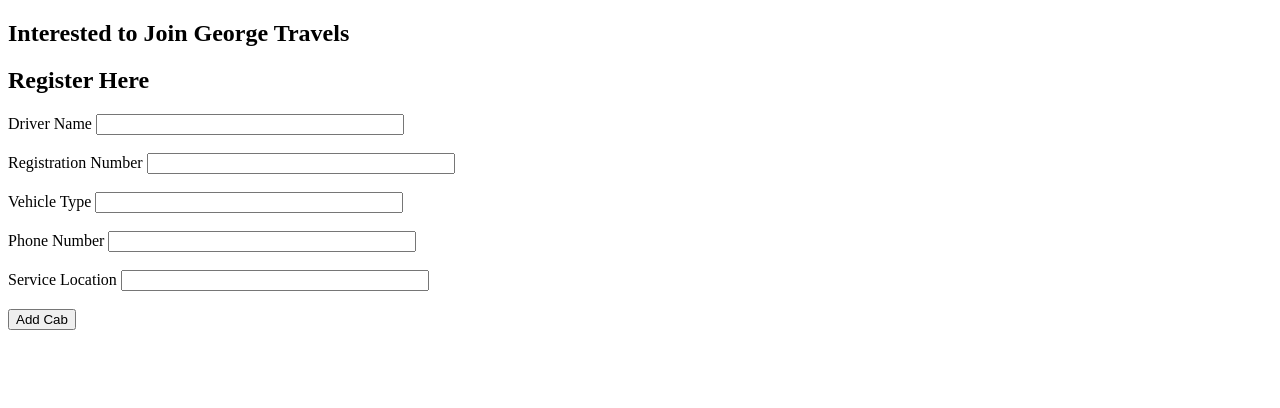
Repository: harshithkandula/Travel-Management-Software
Page: http://localhost/User_Interface_MS/WEB-INF/views/Addcab.jsp
The author's editor kept a copy of each file at every save. The page is drawn from the files as they stood at one save, then again after the next save.
The browser window is 1280 px wide. The pictures show the whole page.
The page is served by Tomcat 9. Nobody is signed in. The template is opened directly, without the code that normally fills it, so the values that code supplies are empty.

Above is the page before, as saved 2024-04-30 16:43:58.

After the next save:
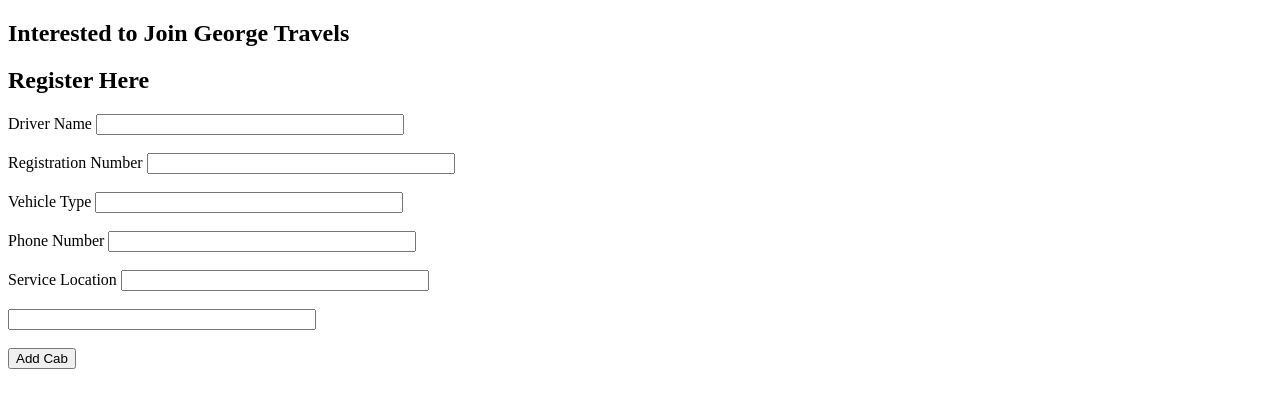
Saved 6 min 45 s later.
--- a/User_Interface_MS/src/main/webapp/WEB-INF/views/Addcab.jsp
+++ b/User_Interface_MS/src/main/webapp/WEB-INF/views/Addcab.jsp
@@ -22,6 +22,7 @@
              <label class="form-label" for="exampleInputPhoneNumber">Phone Number</label>
              <input type="text" class="form-control" name="PhoneNumber" style="width:300px"><br><br>
              <label class="form-label" for="exampleInputServiceLocation">Service Location</label>
+             <input type="text" class="form-control" name="serviceLocation" style="width:300px"><br><br>
              <input type="text" class="form-control" name="PhoneNumber" style="width:300px"><br><br>
 
 

After the save that followed:
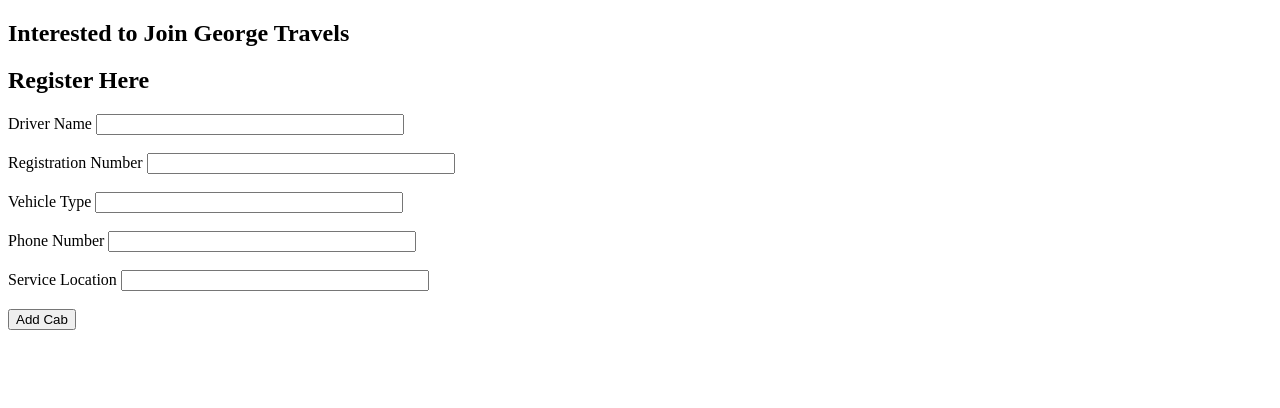
Saved 52 s later.
--- a/User_Interface_MS/src/main/webapp/WEB-INF/views/Addcab.jsp
+++ b/User_Interface_MS/src/main/webapp/WEB-INF/views/Addcab.jsp
@@ -23,7 +23,7 @@
              <input type="text" class="form-control" name="PhoneNumber" style="width:300px"><br><br>
              <label class="form-label" for="exampleInputServiceLocation">Service Location</label>
              <input type="text" class="form-control" name="serviceLocation" style="width:300px"><br><br>
-             <input type="text" class="form-control" name="PhoneNumber" style="width:300px"><br><br>
+
 
 
 
